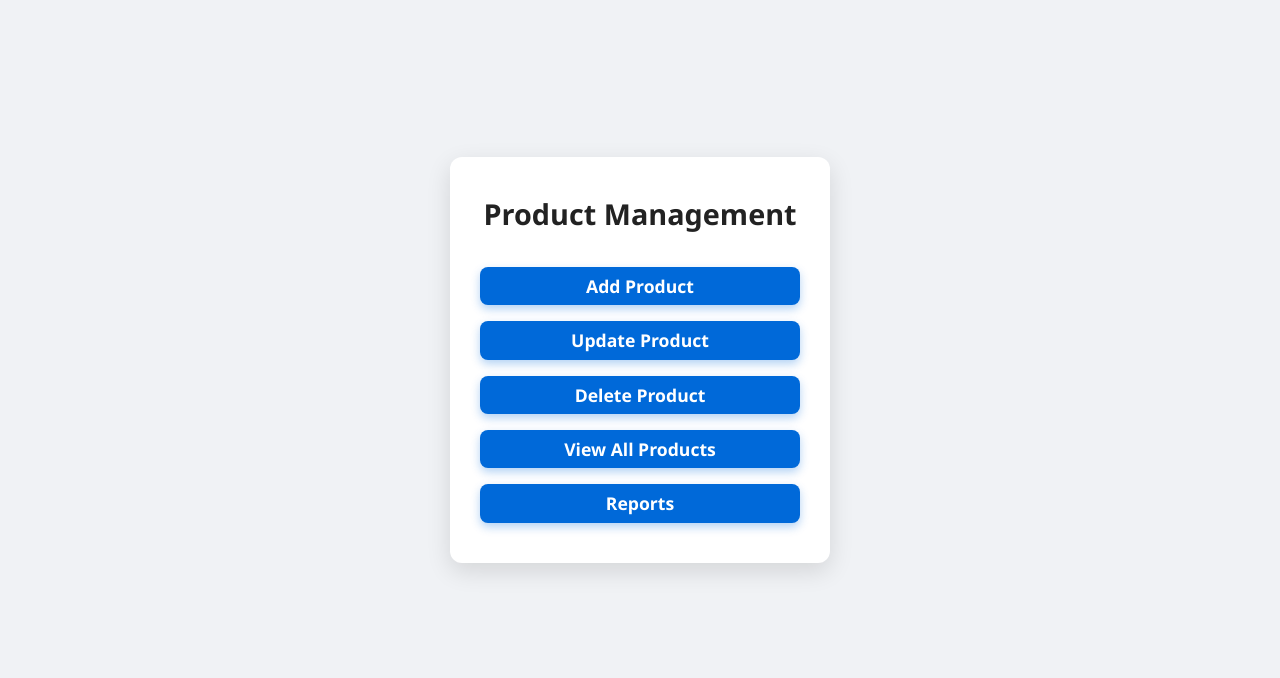
Repository: srushtinb/ProductManagementSystem
Page: http://localhost/ProductManagementSystem/
These files come from the project's save history. The page is drawn as it stood at one moment and after the next save; the edit follows.
The browser window is 1280 px wide. The pictures show the whole page.
Some web libraries are served in a nearby version. The page is served by Tomcat 9.

Above is the page before, as saved 2025-05-27 10:15:11.

After the next save:
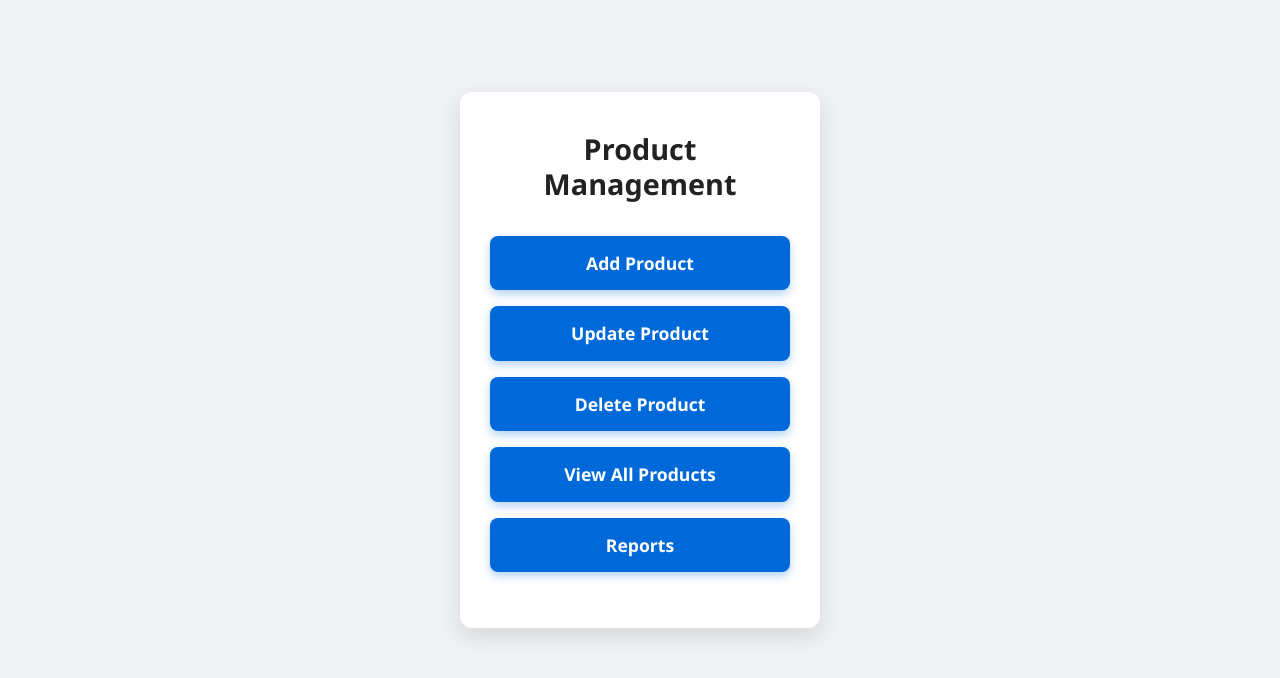
Saved 5 min 27 s later.
--- a/ProductManagementSystem/src/main/webapp/index.jsp
+++ b/ProductManagementSystem/src/main/webapp/index.jsp
@@ -16,32 +16,42 @@
       height: 100vh;
       margin: 0;
     }
+
     .container {
       background: white;
       padding: 40px 30px;
       border-radius: 12px;
       box-shadow: 0 8px 24px rgba(0, 0, 0, 0.12);
-      max-width: 380px;
+      max-width: 360px;
       width: 100%;
       text-align: center;
     }
+
     h1 {
       margin-bottom: 35px;
       font-weight: 700;
       color: #222;
       font-size: 1.8rem;
     }
-    .btn-primary {
+
+    .btn-block {
+      display: block;
+      width: 100%;
+      padding: 14px 0;
+      margin-bottom: 16px;
       font-size: 1.1rem;
       font-weight: 600;
       border-radius: 8px;
       background-color: #0069d9;
+      color: white;
       border: none;
       box-shadow: 0 4px 10px rgba(0, 105, 217, 0.3);
       transition: background-color 0.25s ease;
+      text-decoration: none;
     }
-    .btn-primary:hover,
-    .btn-primary:focus {
+
+    .btn-block:hover,
+    .btn-block:focus {
       background-color: #004a9f;
       box-shadow: 0 6px 14px rgba(0, 74, 159, 0.5);
       outline: none;
@@ -52,13 +62,11 @@
 
   <div class="container">
     <h1>Product Management</h1>
-    <div class="d-grid gap-3">
-      <a href="productadd.jsp" class="btn btn-primary">Add Product</a>
-      <a href="productupdate.jsp" class="btn btn-primary">Update Product</a>
-      <a href="productdelete.jsp" class="btn btn-primary">Delete Product</a>
-      <a href="DisplayProductsServlet" class="btn btn-primary">View All Products</a>
-      <a href="reports.jsp" class="btn btn-primary">Reports</a>
-    </div>
+    <a href="productadd.jsp" class="btn-block">Add Product</a>
+    <a href="productupdate.jsp" class="btn-block">Update Product</a>
+    <a href="productdelete.jsp" class="btn-block">Delete Product</a>
+    <a href="DisplayProductsServlet" class="btn-block">View All Products</a>
+    <a href="reports.jsp" class="btn-block">Reports</a>
   </div>
 
   <script src="https://cdn.jsdelivr.net/npm/bootstrap@5.4.3/dist/js/bootstrap.bundle.min.js"></script>
